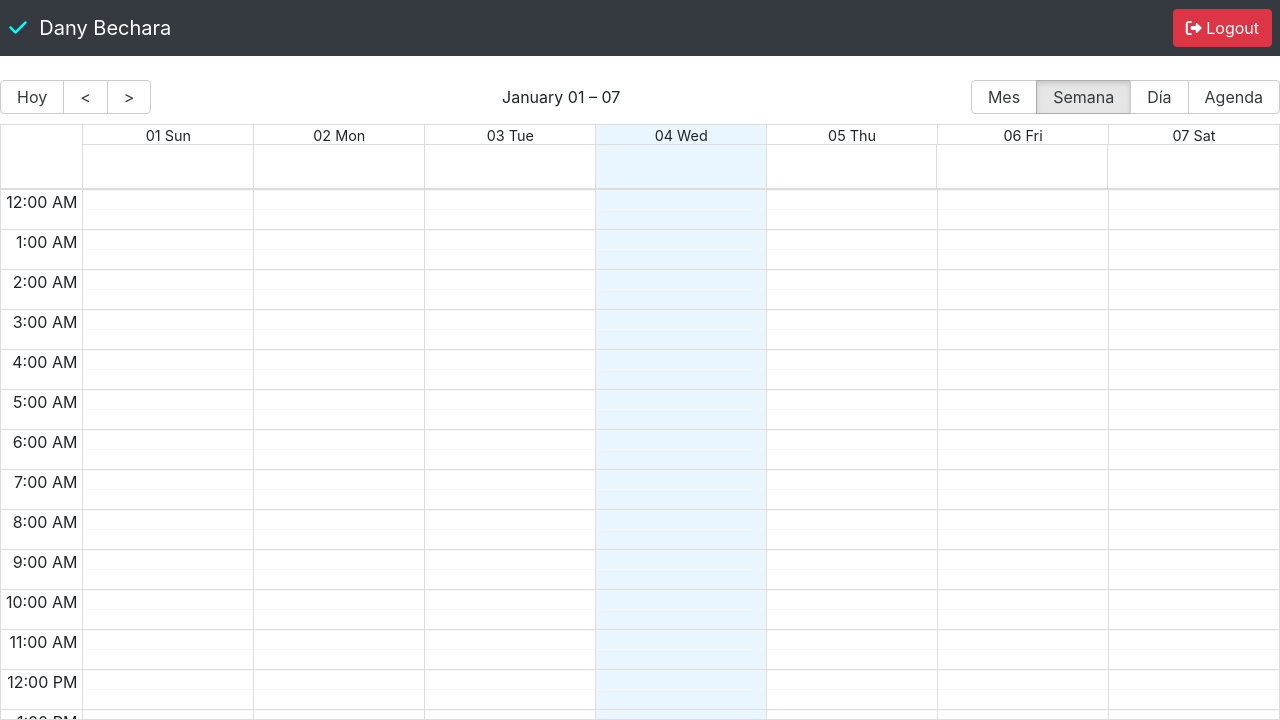
Repository: bechara611/calendar-frontend
Page: /
The author's editor kept a copy of each file at every save. The page is drawn from the files as they stood at one save, then again after the next save.
The browser window is 1280 px wide. The pictures show the whole page.
An inner scrolling area shows only its first screen. The project was rebuilt for these pictures with package versions that can differ from the ones it lists, and the page was loaded fresh each time. Some packages were replaced by stand-ins written for this rebuild. Also part of the build but not shown: vite.config.js. Imported but missing from the stored project, and not drawn on this page: src/auth.

Above is the page before, as saved 2023-01-06 14:37:42.

### index.html
<!DOCTYPE html>
<html lang="en">
  <head>
    <meta charset="UTF-8" />
    <link rel="icon" type="image/svg+xml" href="/vite.svg" />
    <meta name="viewport" content="width=device-width, initial-scale=1.0" />
    <title>CalendarDB</title>
    <link rel="stylesheet" href="https://cdn.jsdelivr.net/npm/bootstrap@4.5.3/dist/css/bootstrap.min.css" integrity="sha384-TX8t27EcRE3e/ihU7zmQxVncDAy5uIKz4rEkgIXeMed4M0jlfIDPvg6uqKI2xXr2" crossorigin="anonymous">
    <link rel="stylesheet" href="https://cdnjs.cloudflare.com/ajax/libs/font-awesome/6.2.1/css/all.min.css" integrity="sha512-MV7K8+y+gLIBoVD59lQIYicR65iaqukzvf/nwasF0nqhPay5w/9lJmVM2hMDcnK1OnMGCdVK+iQrJ7lzPJQd1w==" crossorigin="anonymous" referrerpolicy="no-referrer" />
  </head>
  <body>
    <div id="root"></div>
    <script type="module" src="/src/main.jsx"></script>
  </body>
</html>

### src/main.jsx
import React from 'react'
import ReactDOM from 'react-dom/client'
import { Provider } from 'react-redux'
import { BrowserRouter } from 'react-router-dom'
import { CalendarApp } from './CalendarApp'
import { store } from './store/store'
import './styles.css'

ReactDOM.createRoot(document.getElementById('root')).render(

  <Provider store={store}>
    <BrowserRouter>
      <CalendarApp />
    </BrowserRouter>
  </Provider>
)

### src/CalendarApp.jsx
import React from 'react'
import { AppRouter } from './router/AppRouter'

export const CalendarApp = () => {
  return (
   <AppRouter></AppRouter>
  )
}

### src/store/store.js
import { configureStore } from '@reduxjs/toolkit'
import { CalendarSlice } from './calendar/CalendarSlice'
import { uiSlice } from './ui/uiSlice'

export const store = configureStore({
  reducer: {
    ui:uiSlice.reducer,
    calendar:CalendarSlice.reducer
  },
  middleware:(getDefaultMiddleware)=>{return getDefaultMiddleware({
    serializableCheck:false
  })}
})

### src/styles.css
:root {
    --ColorAzul: blue;
  }

### src/router/AppRouter.jsx
import React from 'react'
import { Navigate, Route, Routes } from 'react-router-dom'
import { LoginPages } from '../auth/'
import { CalendarPages } from '../calendar/'


export const AppRouter = () => {
 // const authStatus = 'not-authenticated'
  const authStatus = 'authenticated'
  return (
    <Routes>
      {
        (authStatus === 'not-authenticated'
          ? <Route path='/auth/*' element={<LoginPages></LoginPages>}></Route>
          : <Route path='/*' element={<CalendarPages></CalendarPages>}></Route>
        )
      }
      <Route path='/*' element={<Navigate to={'/auth/login'}></Navigate>}></Route>

    </Routes>
  )
}

### src/store/calendar/CalendarSlice.js
import { createSlice } from '@reduxjs/toolkit'
import { addHours } from 'date-fns';

const tempEvents={
        _id: new Date().getTime(),
        title: 'Cumple de dany',
        notes: 'Torta para Dany',
        start: new Date(),
        end: addHours(new Date(), 3),
        bgColor: '#fafafa',
        user: {
          id: '123',
          name: 'Dany Bechara'
        }
    }


const initialState = {
events:[tempEvents],
activeEvent:null,
}

export const CalendarSlice = createSlice({
  name: 'calendar',
  initialState,
  reducers: {
    onNewEvent:(state,action)=>{
    state.events=action.payload
    },
    onSetActiveEvent:(state,{payload})=>{
        state.activeEvent=payload;
    }
  }
});

export const {onSetActiveEvent,onNewEvent} = CalendarSlice.actions

### src/store/ui/uiSlice.js
import { createSlice } from '@reduxjs/toolkit'

const initialState = {
isDateModalOpen:false,
}

export const uiSlice = createSlice({
  name: 'ui',
  initialState,
  reducers: {
    onOpenDateModal:(state,action)=>{
        state.isDateModalOpen=true;
    },
    onCloseDateModal:(state,action)=>{
        state.isDateModalOpen=false
    }
  }
});

export const {onOpenDateModal,onCloseDateModal} = uiSlice.actions

export default uiSlice.reducer

### src/calendar/index.js
export * from './pages/CalendarPages'
export * from './components/NavBar'

### src/calendar/pages/CalendarPages.jsx

import 'react-big-calendar/lib/css/react-big-calendar.css'
import React, { useState } from 'react'
import { Calendar } from 'react-big-calendar'
import { NavBar } from '../components/NavBar'
import { localizer } from '../../helpers/'
import { getMessages } from '../../helpers/Messages'
import { CalendarEvent } from '../components/CalendarEvent'
import { addHours } from "date-fns";
import { CalendarModal } from '../components/CalendarModal'
import { useUiStore } from '../../hooks'
import { useCalendar } from '../../hooks/useCalendar'


export const CalendarPages = () => {
  const {openDateModal}= useUiStore()
  const {events,setActiveEvent}= useCalendar();
const [lastView, setlastView] = useState(localStorage.getItem('lastview')|| 'week')

const onDoubleClick = (evento) => {
  console.log({ doubleClick: evento })
  openDateModal();
}
const onClick = (evento) => {
  // console.log({ Click: evento })
  setActiveEvent(evento)
}
const onViewChange = (evento) => {

  localStorage.setItem('lastview',evento)
  setlastView(localStorage.getItem('lastview'));
}

const eventStyleGetter = (event, start, end, isSelected) => {
  const style = {
    backgroundColor: isSelected ?  '#347CF7' : '',
    borderRadius: '0px',
    fontSize:'12px',
    opacity: 0.8,
    color: 'white'
  }
    return { style }
}
  return (
    <>
      <NavBar></NavBar>
      <Calendar
      view={lastView}
        localizer={localizer}
        events={events}
        startAccessor="start"
        endAccessor="end"
        messages={getMessages()}
        style={{ height: 'calc( 100vh - 80px )' }}
        eventPropGetter={eventStyleGetter}
        components={{
          event: CalendarEvent
        }}
        onDoubleClickEvent={onDoubleClick}
        onSelectEvent={onClick}
        onView={onViewChange}
      />
      <CalendarModal></CalendarModal>
    </>

  )
}

### src/calendar/components/NavBar.jsx
import React from 'react'
import './NavBar.css'
export const NavBar = () => {
  return (
    <div className="navbar navbar-dark bg-dark mb-4 px-2">
    <span className='navbar-brand'>

    <i className="fa-sharp fa-solid fa-check icono"></i>

    &nbsp;
    Dany Bechara
    </span>
    <button className='btn btn-danger '>
    <i className="fa-solid fa-right-from-bracket"></i>

    <span> Logout</span>
    </button>
    </div>
  )
}

### src/helpers/index.js
export * from './CalendarLocalizer'

### src/helpers/Messages.js
export const getMessages =()=>{
    return {
        allDay: 'Todo el día',
        previous: '<',
        next: '>',
        today: 'Hoy',
        month: 'Mes',
        week: 'Semana',
        day: 'Día',
        agenda: 'Agenda',
        date: 'Fecha',
        time: 'Hora',
        event: 'Evento',
        noEventsInRange: 'No hay eventos en este rango',
        showMore: total => `+ Ver más (${total})`
    };
}

### src/calendar/components/CalendarEvent.jsx
import React from 'react'

export const CalendarEvent = ({ event }) => {

    const { title, user } = event
    return (
        <>
            <strong>{title}</strong>
            <span> - {user.name}</span>
        </>)
}

### src/calendar/components/CalendarModal.jsx
import { addHours, differenceInSeconds } from 'date-fns';
import React, { useEffect, useMemo, useState } from 'react'
import DatePicker from "react-datepicker";
import Modal from 'react-modal'
import "react-datepicker/dist/react-datepicker.css";
import './CalendarModal.css'
import Swal from 'sweetalert2';
import 'sweetalert2/dist/sweetalert2.min.css'
import { useUiStore } from '../../hooks';
import { useCalendar } from '../../hooks/useCalendar';
const customStyles = {
    content: {
        top: '50%',
        left: '50%',
        right: 'auto',
        bottom: 'auto',
        marginRight: '-50%',
        transform: 'translate(-50%, -50%)',
    },
};
Modal.setAppElement('#root');
export const CalendarModal = () => {
    const {isDateModalOpen,  closeDateModal}= useUiStore()
    const {activeEvent} = useCalendar();
    const [submited, setsubmited] = useState(false)
    const [formValues, setformValues] = useState({
        title: 'dany',
        notes: '',
        start: new Date(),
        end: addHours(new Date(), 2)
    })
const isValidOrNot = useMemo(() => {
    if(submited===false){return ''}
    if(formValues.title.length>0){
        return ''
    }else{
        return 'is-invalid'
    }
}, [formValues.title,submited])

    const onChangeInput = ({ target }) => {
        setformValues({
            ...formValues,
            [target.name]: target.value
        })
    }
    const onDateChange = (event, tipoFecha = 'start') => {
        setformValues({
            ...formValues,
            [tipoFecha]: event
        })
    }
    const onCloseModal = () => {
        console.log('cerrando modal')

        console.log(formValues);
        closeDateModal();
    }

    const onSubmit=(event)=>{
        event.preventDefault();
        setsubmited(true)
        //comparamos dos fechas
        const diferencia = differenceInSeconds(formValues.end,formValues.start);
if(isNaN(diferencia) || diferencia<=0){
    Swal.fire('Incorrect Dates','Please insert a valid a date','error')
    return;
}
if(formValues.title.length<=0){
    console.log('Please, insert a title')
    return
}
console.log(formValues)

//TODO REMOVER ERRORES EN PANTALLA, CERRAR MODAL


    }

    useEffect(() => {
        if(activeEvent!==null){
      setformValues(activeEvent)

    }

    }, [activeEvent])

    return (
        <>
            <Modal
                isOpen={isDateModalOpen}
                onRequestClose={onCloseModal}
                style={customStyles}
                className='modal'
                overlayClassName='modal-fondo'
                closeTimeoutMS={200}
            >
                <h3> New event</h3>
                <hr />
                <form className="container" onSubmit={onSubmit}>

                    <div className="form-group mb-2">
                        <label>Date and Time (Start)</label>
                        <DatePicker
                            dateFormat='Pp'
                            showTimeSelect
                            selected={formValues.start}
                            onChange={(evento) => onDateChange(evento, 'start')}
                            className='form-control'></DatePicker>
                    </div>

                    <div className="form-group mb-2">
                        <label>Date and Time (End) </label>
                        <DatePicker
                            minDate={formValues.start}
                            selected={formValues.end}
                            onChange={(evento) => onDateChange(evento, 'end')}
                            dateFormat='Pp'
                            showTimeSelect
                            className='form-control'>
                        </DatePicker>
                    </div>

                    <hr />
                    <div className="form-group mb-2">
                        <label>Title and notes</label>
                        <input
                            type="text"
                            className={`form-control ${isValidOrNot}`}
                            placeholder="Title"
                            name="title"
                            autoComplete="off"
                            value={formValues.title}
                            onChange={onChangeInput}
                        />
                        <small id="emailHelp" className="form-text text-muted">a short description</small>
                    </div>

                    <div className="form-group mb-2">
                        <textarea
                            type="text"
                            className="form-control"
                            placeholder="Notes"
                            rows="5"
                            name="notes"
                            value={formValues.notes}
                            onChange={onChangeInput}
                        ></textarea>
                        <small id="emailHelp" className="form-text text-muted">Information</small>
                    </div>

                    <button
                        type="submit"
                        className="btn btn-outline-primary btn-block"
                    >
                        <i className="far fa-save"></i>
                        <span> Save</span>
                    </button>

                </form>
            </Modal>
        </>
    )
}

### src/hooks/index.js
export * from './useUiStore'

### src/hooks/useCalendar.jsx
import { useDispatch, useSelector } from "react-redux"
import { onSetActiveEvent } from "../store/calendar/CalendarSlice";


export const useCalendar = () => {
 const {events,activeEvent} = useSelector(state=>state.calendar);
 const dispatch=useDispatch();

 const setActiveEvent=(calendarEvent)=>{
dispatch(onSetActiveEvent(calendarEvent))
 }
    return {
        //propiedades
        events,
        activeEvent,
        //metodos
        setActiveEvent,
 }
}

### src/calendar/components/NavBar.css
.icono{
color: aqua;
}

### src/helpers/CalendarLocalizer.js
import {format,parse,startOfWeek,getDay} from 'date-fns'
import enUS from 'date-fns/locale/en-US'
import { dateFnsLocalizer } from 'react-big-calendar'

const locales = {
    'en-US': enUS,
  }

 export const localizer = dateFnsLocalizer({
    format,
    parse,
    startOfWeek,
    getDay,
    locales,
  })

### src/hooks/useUiStore.jsx
import { useDispatch, useSelector } from 'react-redux'
import { onCloseDateModal, onOpenDateModal } from '../store/ui/uiSlice';

export const useUiStore = () => {
 const dispatch = useDispatch();
    const {
    isDateModalOpen
 } = useSelector(state=>state.ui)

 const openDateModal=()=>{
    dispatch(onOpenDateModal());
 }
 const closeDateModal=()=>{
    dispatch(onCloseDateModal())
 }
 return {
    //*propiedades
    isDateModalOpen,
    //*Metodos
    openDateModal,
    closeDateModal

 }


}

### src/calendar/components/FabAddNew.jsx
import React from 'react'

export const FabAddNew = () => {
  return (
    <>
    <button
    className='btn btn-primary fab'
    >
    <i className='fa fa-plus'></i>
    </button>
    </>
  )
}

### src/calendar/components/CalendarModal.css
/* Modal */
.ReactModalPortal > div{
    opacity: 0;
}

.ReactModalPortal .ReactModal__Overlay {
    align-items: center;
    display: flex;
    justify-content: center;
    transition: opacity .2s ease-in-out;
    z-index: 999;
}

.modal-fondo {
    background-color: rgba(0, 0, 0, 0.3);
    bottom: 0;
    left: 0;
    right: 0;
    top: 0;
    position: fixed;
}

.ReactModalPortal .ReactModal__Overlay--after-open {
    opacity: 1;
}

.ReactModalPortal .ReactModal__Overlay--before-close {
    opacity: 0;
}

.modal {
    background: white;
    border-radius: 5px;
    color: rgb(51, 51, 51);
    display: inline;
    max-height: 620px;
    max-width: 500px;
    outline: none;
    padding: 10px;
}

.fab{
    border-radius: 100%;
    bottom: 25px;
    right: 25px;
    font-size: 30px;
    padding: 25px;
    position: fixed;
}

After the next save:
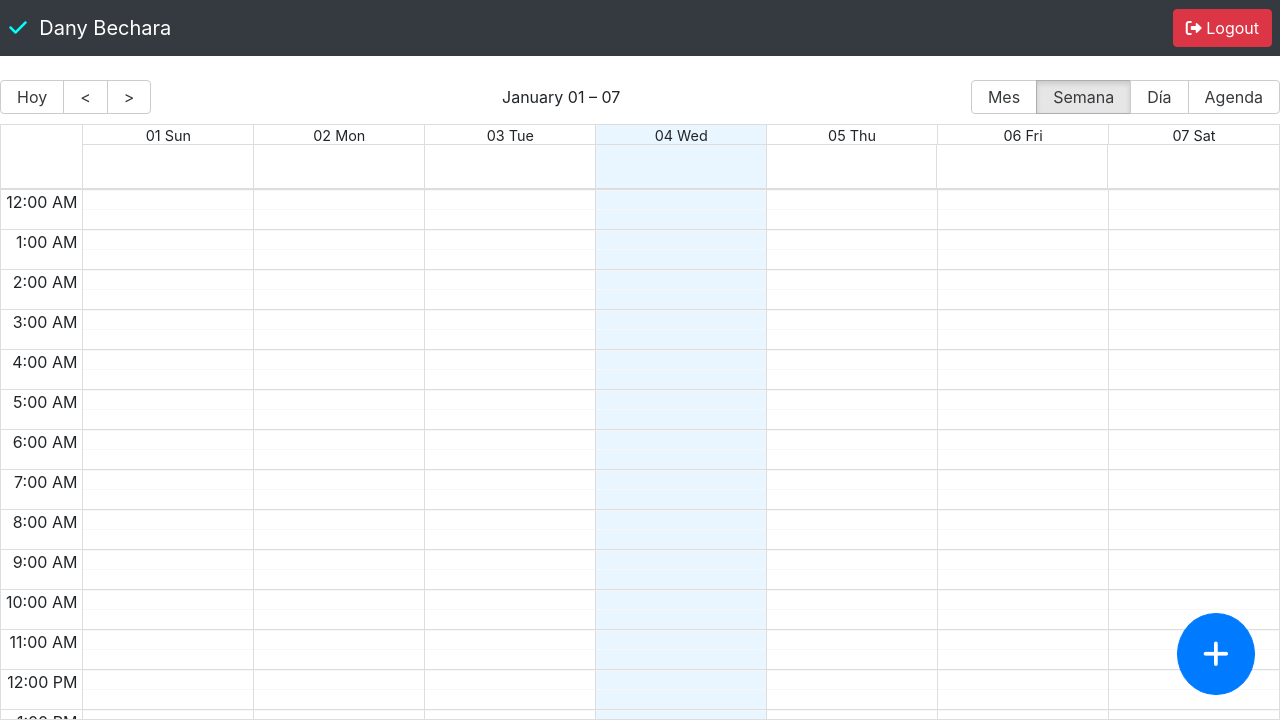
Saved 26 s later.
--- a/src/calendar/pages/CalendarPages.jsx
+++ b/src/calendar/pages/CalendarPages.jsx
@@ -10,6 +10,7 @@ import { addHours } from "date-fns";
 import { CalendarModal } from '../components/CalendarModal'
 import { useUiStore } from '../../hooks'
 import { useCalendar } from '../../hooks/useCalendar'
+import { FabAddNew } from '../components/FabAddNew'
 
 
 export const CalendarPages = () => {
@@ -61,6 +62,7 @@ const eventStyleGetter = (event, start, end, isSelected) => {
         onView={onViewChange}
       />
       <CalendarModal></CalendarModal>
+      <FabAddNew></FabAddNew>
     </>
 
   )
